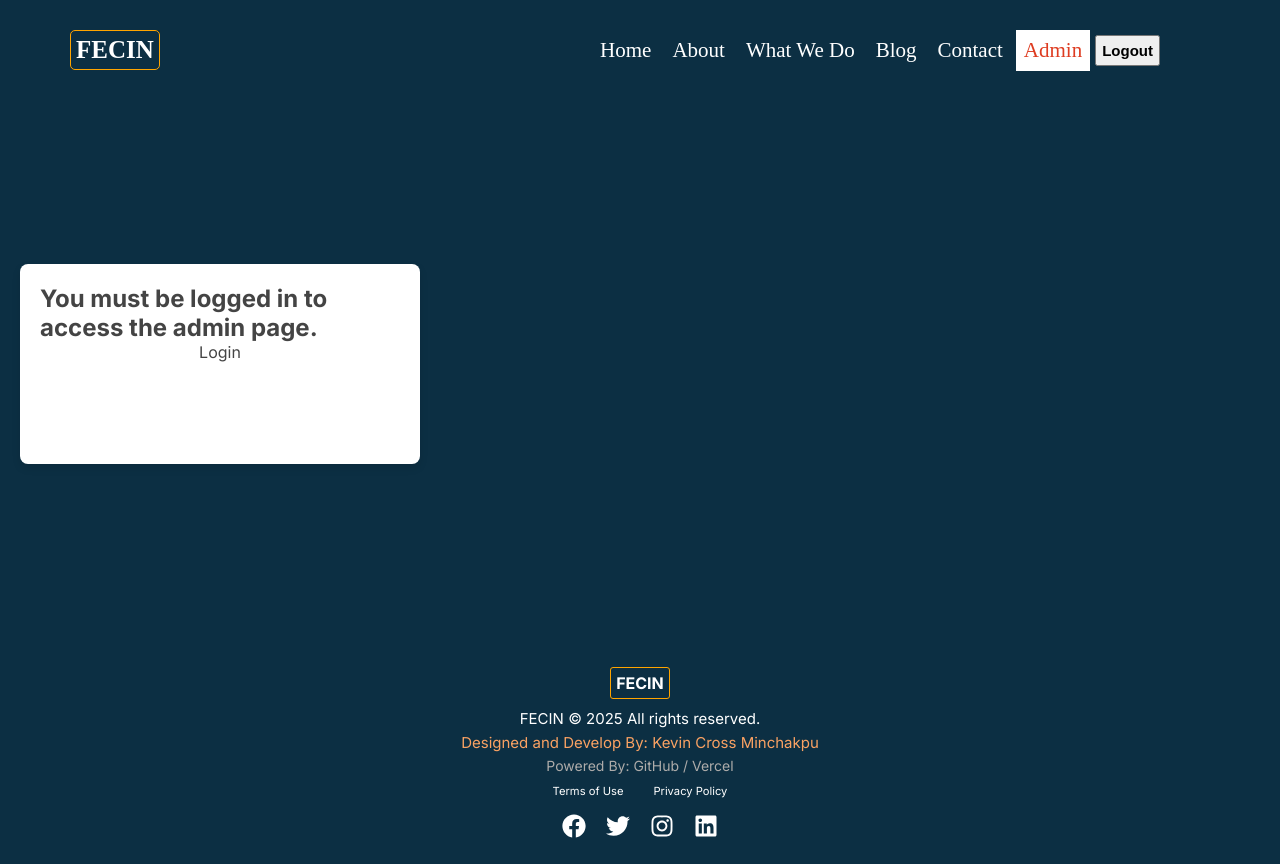
Repository: KCMinchakpu/fecin-projectgs497
Page: /admin
These files come from the project's save history. The page is drawn as it stood at one moment and after the next save; the edit follows.
The browser window is 1280 px wide. The pictures show the whole page.
The page's requests for data from a server got no answer. The project was rebuilt for these pictures with package versions that can differ from the ones it lists, and the page was loaded fresh each time. Some packages were replaced by stand-ins written for this rebuild. The framework's server and built-in components were replaced by stand-ins that run in the browser. No one was signed in, and anything a server would have sent is missing. Queries for data that is not in the repository find no rows. Also part of the build but not shown: next.config.mjs.

Above is the page before, as saved 2025-04-12 04:58:30.

### src/app/layout.js
import {Inter} from "next/font/google";
import "./globals.css";
import Navbar from "@/components/navbar/Navbar";
import Footer from "@/components/footer/Footer";

const inter = Inter({ subsets: ["latin"]});

export const metadata = {
  title: "FECIN Bible Translation Project",
  description: "This is the official FECIN Bible Translation Project",
};

export default function RootLayout({ children }) {
  return (
    <html lang="en">
      <body className={inter.className}>
        <div className="container">
        <Navbar />
        {children}
        <Footer />
        </div>
      </body>
    </html>
  );
}

### src/app/admin/page.jsx

import React from "react";
import { getSession } from "next-auth/react";
import Link from "next/link";



const AdminPage = async () => {
  const session = await getSession();

  // If there's no session, redirect to login
  if (!session) {
    return (
      <div class="callnana">
        <h2>You must be logged in to access the admin page.</h2>
        <Link href="/login">Login</Link>
      </div>
    );
  }

  return (
    <div>
      <h1>Admin Dashboard</h1>
      <nav>
        <ul>
          <li>
            <Link href="/admin/events">Manage Events</Link>
          </li>
          <li>
            <Link href="/admin/users">Manage Users</Link>
          </li>
          <li>
            <Link href="/admin/blog">Manage Blog Posts</Link>
          </li>
          <li>
            <Link href="/admin/settings">Settings</Link>
          </li>
        </ul>
      </nav>
    </div>
  );
};

export default AdminPage;

### src/app/admin/users/route.js
// src/app/api/users/route.ts
import { NextResponse } from "next/server";
import { MongoClient } from "mongodb";

const uri = "mongodb+srv://eliakim:IdoYXsupNwFSHdHA@fecin2025.moyt1dm.mongodb.net/?retryWrites=true&w=majority&appName=Fecin2025";
const client = new MongoClient(uri);
const db = client.db("Fecin2025");
const usersCollection = db.collection("users");

export async function GET() {
  try {
    await client.connect();
    const users = await usersCollection.find().toArray();
    return NextResponse.json(users);
  } catch (error) {
    return NextResponse.error();
  } finally {
    await client.close();
  }
}

export async function POST(request) {
  try {
    const { name, email } = await request.json();
    await client.connect();
    const newUser = { name, email };
    const result = await usersCollection.insertOne(newUser);
    return NextResponse.json(result.ops[0]);
  } catch (error) {
    return NextResponse.error();
  } finally {
    await client.close();
  }
}

export async function DELETE(request) {
  try {
    const { id } = await request.json();
    await client.connect();
    const result = await usersCollection.deleteOne({ _id: id });
    return NextResponse.json(result);
  } catch (error) {
    return NextResponse.error();
  } finally {
    await client.close();
  }
}

### src/app/globals.css
:root {
    --bg: #0c2f43;
    --text: white;
    --bgSoft: #091f2c;
    --textSoft: rgb(237, 232, 232);
    --btn: #de3c21;
    --bgWhite: white;
    --textGray: #444444;
}

/* Box sizing rules */
* {
    box-sizing: border-box;
    margin:0;
    padding: 0;
  }

/* Set core body defaults */
body {
    background-color: var(--bgWhite);
    color: var(--text);
  }

a {
    color: inherit;
    text-decoration: none;
}

.container {
  background-color: var(--bg);
  width: 100%; /* Default for small screens */
  margin: auto;
  padding-left: 20px;
  padding-right: 20px;
  min-height: 120vh;
  display: flex;
  flex-direction: column;
  justify-content: space-between;
}

.callnana {
    background-color: var(--bgWhite);
    color: var(--textGray);
    padding: 20px;
    border-radius: 8px;
    box-shadow: 0 4px 8px rgba(0, 0, 0, 0.1);
    margin-bottom: 20px;
    width: 400px;
    height: 200px;
    align-items: center;
    justify-items: center;
}

### src/components/navbar/Navbar.jsx
import React from 'react';
import Link from 'next/link';
import Links from "./links/Links";
import styles from "./navbar.module.css";

const Navbar = () => {
  return (
    <div className={styles.container}>
      <Link href="/" className={styles.logo}>FECIN</Link>
      <div>
        <Links />
      </div>
    </div>
  );
};

export default Navbar;

### src/components/footer/Footer.jsx
import React from 'react';
import styles from './footer.module.css';
import { FaFacebook, FaTwitter, FaInstagram, FaLinkedin } from 'react-icons/fa';

const Footer = () => {
  return (
    <div className={styles.container}>
      <div className={styles.logo}>
        {/* You can add a logo image here if needed */}
        <h2>FECIN</h2>
      </div>
      <div>
        <p className={styles.text}>FECIN © 2025 All rights reserved.</p>
        <p className={styles.author}>
          <a href="https://www.linkedin.com/in/kevin-cross-minchakpu-7897379a" target="_blank">Designed and Develop By: Kevin Cross Minchakpu</a>
          </p>
        <p className={styles.company}>
          <a href="https://octatesystems.github.io/OSNigeria/">Powered By: GitHub / Vercel</a>
          </p>
      </div>
      <div className={styles.links}>
        <a href="/terms" className={styles.link}>Terms of Use</a>
        <a href="/privacy" className={styles.link}>Privacy Policy</a>
      </div>
      <div className={styles.socialIcons}>
        <a href="https://facebook.com" target="_blank" rel="noopener noreferrer" className={styles.icon}>
          <FaFacebook />
        </a>
        <a href="https://twitter.com" target="_blank" rel="noopener noreferrer" className={styles.icon}>
          <FaTwitter />
        </a>
        <a href="https://instagram.com" target="_blank" rel="noopener noreferrer" className={styles.icon}>
          <FaInstagram />
        </a>
        <a href="https://linkedin.com" target="_blank" rel="noopener noreferrer" className={styles.icon}>
          <FaLinkedin />
        </a>
      </div>
    </div>
  );
};

export default Footer;

### src/components/navbar/links/Links.jsx
"use client"

import React from "react";
import {useState} from  "react";
import Image from 'next/image';
import NavLink from "../navLink/NavLink";
import styles from "./links.module.css";


const links = [
  { title: "Home", path: "/" },
  { title: "About", path: "/about" },
  { title: "What We Do", path: "/whatwedo" },
  { title: "Blog", path: "/blog" },
  { title: "Contact", path: "/contact" },
];

const Links = () => {
  const [open,setOpen] = useState(false)

  //Temporary
  const session = true
  const isAdmin = true

  return (
    <div className={styles.container}>
    <div className={styles.links}>
      {links.map((link) => (
        <NavLink item={link} key={link.title} />
      ))}
      {session ? (
          <>
          {isAdmin && <NavLink item={{title: "Admin", path: "/admin"}} />}
         <button className={styles.logout}>Logout</button>
         </>
        ) : (
          <NavLink item={{title: "Login", path: "/login"}} />
        )
      }
      </div>
      <Image
      className={styles.menuButton}
      src="/menu.png"
      alt="Hamburger menu"
      width={30}
      height={30} onClick={() => setOpen((prev) => !prev)}
      />

      {open && ( <div className={styles.mobileLinks}>
          {links.map((link) => (
        <NavLink item={link} key={link.title} />
      ))}
    </div>
)}
</div>
  );
};

export default Links;

### src/components/navbar/navbar.module.css
.container {
    height: 100px;
    display: flex;
    align-items: center;
    justify-content: space-between;
}

.logo {
    font-size: 25px;
    font-weight: bold;
    font-family: "Play", serif;
    font-weight: 700;
    font-style: normal;
    border: 1.5px solid orange;
    padding: 5px;
    border-radius: 5px;
    margin-left: 50px;
}

### src/components/footer/footer.module.css
/* Footer Container */
.container {
    background-color: var(--bg);
    color: white;
    display: flex;
    flex-direction: column;
    align-items: center;
    justify-content: space-between;
    padding: 20px;
    text-align: center;
  }

  .logo h2 {
    font-size: 1rem;
    margin-bottom: 10px;
    border: 1px solid orange;
    padding: 5px;
    border-radius: 3px;
  }

  .text {
    margin-bottom: 5px;
    font-size: 15px;

  }
  .author {
    margin-bottom: 5px;
    font-size: 15px;
    color: rgb(250, 162, 99);
  }

  .company {
    margin-bottom: 5px;
    font-size: 14px;
    color: rgb(174, 172, 170);
  }

  .author:hover {
    text-decoration: underline;
  }

  .company:hover {
    text-decoration: underline;
  }

  .links {
    margin-bottom: 15px;
  }

  .link {
    color: white;
    margin: 0 15px;
    text-decoration: none;
    font-size: 0.7rem;
  }

  .link:hover {
    text-decoration: underline;
  }

  .socialIcons {
    display: flex;
    justify-content: center;
    gap: 20px;
  }

  .icon {
    font-size: 1.5rem;
    color: white;
    transition: color 0.3s ease;
  }

  .icon:hover {
    color: #0070f3;
  }


  @media (min-width: 768px) {
    .container {
      flex-direction: column;
      align-items: center;
      justify-content: space-around;
    }
  }

### src/components/navbar/navLink/navLink.jsx
"use client";

import React from "react";
import Link from "next/link";
import { usePathname } from "next/navigation";
import styles from "./navLink.module.css";

const NavLink = ({ item }) => {
  const pathName = usePathname();
  return (
    <Link
      href={item.path}
      className={`${styles.container} ${
        pathName === item.path ? styles.active : ""
      }`}
    >
      {item.title}
    </Link>
  );
};

export default NavLink;

### src/components/navbar/links/links.module.css
.links {
    display: flex;
    align-items: center;
    gap: 5px;
    font-family: "Play", serif;
    font-style: normal;
    margin-right: 100px;
    font-size: 21px;
}

.logout {
    padding: 5px;
    cursor: pointer;
    font-weight: bold;
    font-size: 15px;
}

.menuButton,
.mobileLinks {
   display: none;
  }

  @media (max-width: 480px){
    .links {
        display: none;
    }

    .menuButton {
        display: block;
        cursor: pointer;
      }

    .mobileLinks {
        position: absolute;
        top: 100px;
        right: 0;
        width: 50%;
        height: calc(100vh-100px);
        /*background-color: var(--bg);*/
       background-color: brown;
        display: flex;
        flex-direction: column;
        align-items: center;
        justify-content: center;
        gap: 10px;
      }
  }

### src/components/navbar/navLink/navLink.module.css
.container {
    padding: 8px;
    text-align: center;


}

.active {
    background-color: var(--text);
    color: var(--btn);
}

Loaded but not shown: src/app/admin/users/[userId]/role/route.js (no copy from this time; the picture is the same without it)

After the next save:
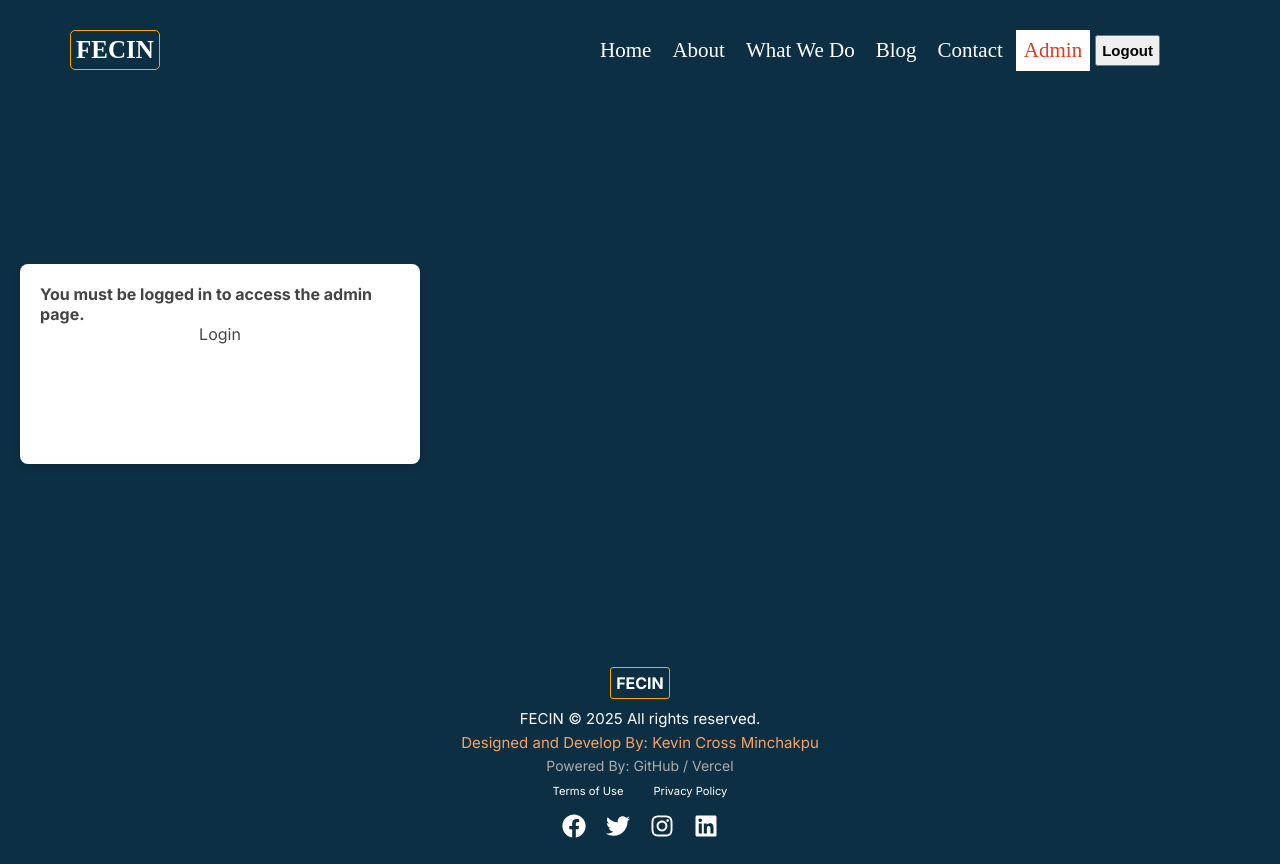
Saved 41 s later.
--- a/src/app/admin/page.jsx
+++ b/src/app/admin/page.jsx
@@ -12,7 +12,7 @@ const AdminPage = async () => {
   if (!session) {
     return (
       <div class="callnana">
-        <h2>You must be logged in to access the admin page.</h2>
+        <h4>You must be logged in to access the admin page.</h4>
         <Link href="/login">Login</Link>
       </div>
     );
